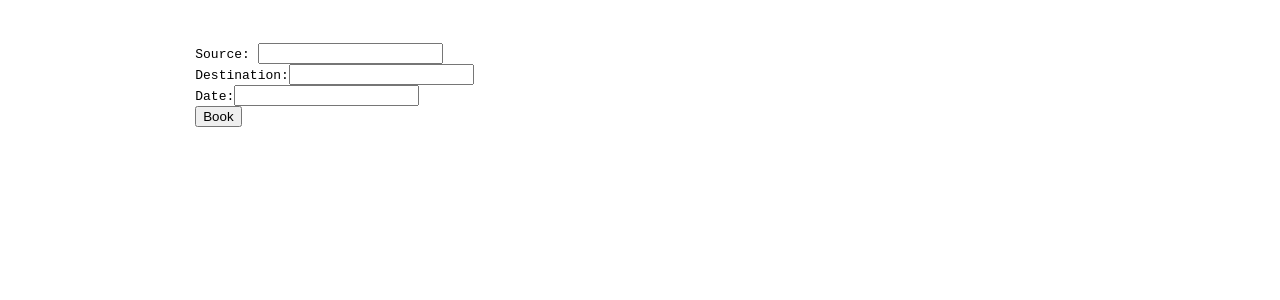
Repository: ravikumarpoddar/Spring
Page: springmvc/WebContent/views/FlightBooking.html
An editor plug-in stored every save of this project. The page is shown before and after a run of saves, followed by the edit.
The browser window is 1280 px wide. The pictures show the whole page.

Above is the page before, as saved 2018-02-09 04:24:37.

### springmvc/WebContent/views/FlightBooking.html
<!DOCTYPE html PUBLIC "-//W3C//DTD HTML 4.01 Transitional//EN" "http://www.w3.org/TR/html4/loose.dtd">
<html>
<head>
<meta http-equiv="Content-Type" content="text/html; charset=ISO-8859-1">
<title>Insert title here</title>
</head>
<body>

	<pre>
		<form>
			Source: <input type="text" name="source"/>
			Destination:<input type="text" name="destination"/>
			Date:<input type="text" name="dateofDept"/>
			<button type="submit">Book</button>


		</form>

	</pre>


</body>
</html>

After the next 3 saves:
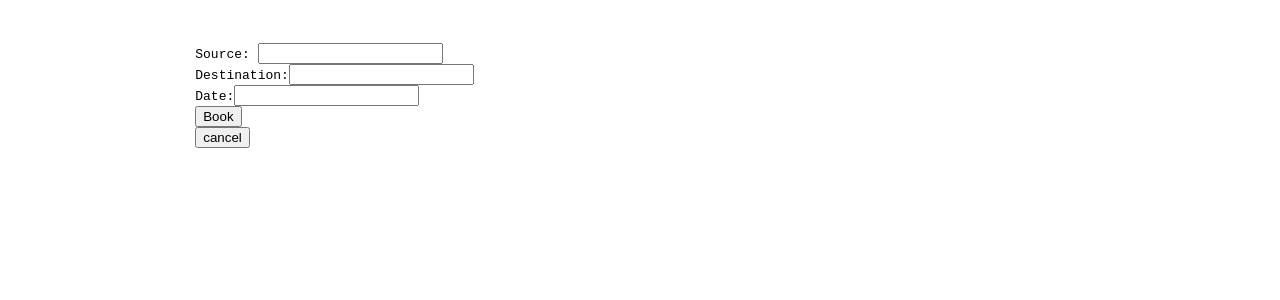
The 3 saves are shown as one change because they came seconds apart.
The last was saved 10 s later.
--- a/springmvc/WebContent/views/FlightBooking.html
+++ b/springmvc/WebContent/views/FlightBooking.html
@@ -12,6 +12,7 @@
 			Destination:<input type="text" name="destination"/>
 			Date:<input type="text" name="dateofDept"/>
 			<button type="submit">Book</button>
+			<button type="reset">cancel</button>
 
 
 		</form>
